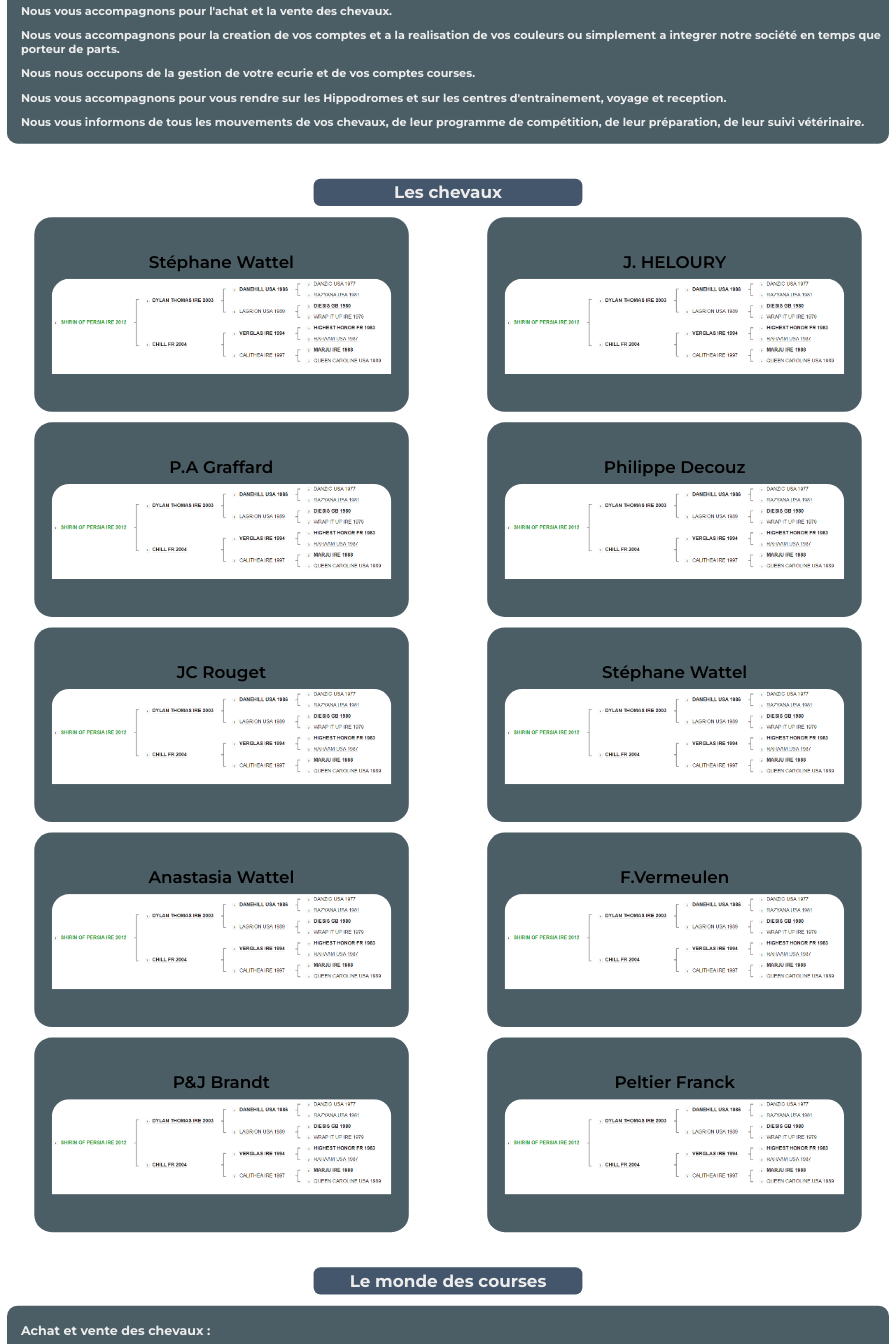
Repository: Vanitti/Site-web
Page: index.html
The author's editor kept a copy of each file at every save. The page is drawn from the files as they stood at one save, then again after the next save.
The browser window is 1280 px wide. The pictures show the part of the page from y = 775 to 2695 px (the page is 4055 px tall), at 70% of full size.
Some web libraries are served in a nearby version.

Above is the page before, as saved 2023-06-24 15:15:55.
Not found: app.js

### index.html
<!DOCTYPE html>
<html lang="fr">
<head>
    <meta charset="UTF-8">
    <meta name="viewport" content="width=device-width, initial-scale=1.0">
    <title>F&F Horses</title>
    <link rel="icon" href="images/couleur-t.png">
    <link rel="stylesheet" href="index.css">
    <script src="app.js"></script>
    <script src="https://cdnjs.cloudflare.com/ajax/libs/font-awesome/5.12.0-2/js/all.min.js"></script>
</head>
<body>
    <header class="header">
        <img src="images/couleur-t.png" alt="Logo du site">
        <nav class="nav">
            <li><a href="#accueil" class="transition">Accueil</a></li>
            <li><a href="#services" class="transition">Nos services</a></li>
            <li><a href="#chevaux" class="transition">Nos chevaux</a></li>
            <li><a href="#courses" class="transition">Le monde des courses</a></li>
            <li><a href="#histoire" class="transition">Histoire</a></li>
            <li><a href="#contact" class="transition">Contact</a></li>
            <li><a href="login.html">Se connecter</a></li>
        </nav>
    </header>

    <section  id="accueil">
        <div class="landing-page">
          <video class="video-container" id="background-video" autoplay loop muted><source src="images/video/F&F horses.mp4" type="video/mp4" ></video>
          <h1 class="big-title">F&F Horses</h1>
        </div>
    </section>


<!-- Nos services-->
<h1 id="services" class="section-title" >Nos services</h1>

<div class="s">
<h2 class="section-sous">Conseils et accompagnement :</h2>
<h3 class="texte">Nous sommes à votres disposition pour faire une sélection des chevaux, en fonction de vos envies et de votre budget.</h3>
<h3 class="texte">Nous vous accompagnons pour l'achat et la vente des chevaux.</h3>
<h3 class="texte">Nous vous accompagnons pour la creation de vos comptes et a la realisation de vos couleurs ou simplement a integrer notre société en temps que porteur de parts.</h3>
<h3 class="texte">Nous nous occupons de la gestion de votre ecurie et de vos comptes courses.</h3>
<h3 class="texte">Nous vous accompagnons pour vous rendre sur les Hippodromes et sur les centres d'entrainement, voyage et reception.</h3>
<h3 class="texte">Nous vous informons de tous les mouvements de vos chevaux, de leur programme de compétition, de leur préparation, de leur suivi vétérinaire.</h3>
</div>

<!-- Nos chevaux -->
<h1 id="chevaux" class="section-title" >Les chevaux</h1>

<div class="entraineur">
    <div ><h3 >Stéphane Wattel</h3><img class="cheval" src="images/chevaux/1.png"></div>
    <div ><h3 >J. HELOURY</h3><img class="cheval" src="images/chevaux/1.png"></div>
    <div ><h3 >P.A Graffard</h3><img class="cheval" src="images/chevaux/1.png"></div>
    <div ><h3 >Philippe Decouz</h3><img class="cheval" src="images/chevaux/1.png"></div>
    <div ><h3 >JC Rouget</h3><img class="cheval" src="images/chevaux/1.png"></div>
    <div ><h3 >Stéphane Wattel</h3><img class="cheval" src="images/chevaux/1.png"></div>
    <div ><h3 >Anastasia Wattel</h3><img class="cheval" src="images/chevaux/1.png"></div>
    <div ><h3 >F.Vermeulen</h3><img class="cheval" src="images/chevaux/1.png"></div>
    <div ><h3 >P&J Brandt</h3><img class="cheval" src="images/chevaux/1.png"></div>
    <div ><h3 >Peltier Franck</h3><img class="cheval" src="images/chevaux/1.png"></div>
</div>

<!-- Le monde des courses -->
<h1 id="courses" class="section-title" >Le monde des courses</h1>

<div class="c">
<h2 class="section-sous">Achat et vente des chevaux :</h2>
<h3 class="texte">A l'elevage, a l'amiable a l'entrainement, aux ventes aux enchères, pendant les courses dites a reclamer.</h3>
<h3 class="texte">Il est possible d'acquérir qu'un pourcentage sur un cheval, ce qui permet de minimiser les risques et d'avoir une écurie plus grande en nombre de chevaux.</h3>
<h3 class="texte">1 ou 4 chevaux à 25%.</h3>
</div>

<div class="c">
<h2 class="section-sous">Prix des chevaux :</h2>
<h3 class="texte">Il est difficle de donner un prix moyen, la valeur d'un cheval peut aller de quelques milliers d'euro a plusieurs millions. Raisonnablement, un cheval d'une valeur de 50 à 100 000 euro peut faire de belles courses. En principe plus la valeur du cheval est grande, plus il est susceptible de courir des courses de renom, les gains étant en rapport.</h3>
<h3 class="texte">En Un trotteur peut courir a partir de 2ans jusqu'a 10ans. Il doit atteindre un minimal chronometrique ( de 2 à 5ans) pour avoir le droit de courir sur un Hippodrome (environ 20 sur 2000 metres).</h3>
<h3 class="texte">Un pur-sang peut courir à partir de 2 ans pour les courses de plat et 3ans pour les courses d'obstacles, jusqu'a 6ans, la meilleure performance étant à 4ans.</h3>
<h3 class="texte">C'est l'entraineur qui décide a quelle course doit participer le cheval (en fonction de nombreux critères : age, sexe, distance, type de sol, concurrence, carriere du cheval...).</h3>
</div>

<div class="c">
<h2 class="section-sous">Gestion des courses :</h2>
<h3 class="texte">Les courses sont en réparties en 2 catégories :</h3>
<h3 class="texte">-Le trot, géré par le trotteur francais</h3>
<h3 class="texte">-Le galop et l'obstacle gérés par France Galop</h3>
<h3 class="texte">L'ensemble sous la tutelle du PMU. Les propriétaires peuvent étre en nom propre ou avoir des parts dans une société. Une demande doit etre faite aupres de la police judiciaire pour avoir droit au statut de "Propriétaire".</h3>
</div>

<div class="c">
<h2 class="section-sous">Fonctionnement :</h2>
<h3 class="texte">Un ecurie de chevaux de courses, c'est comme une équipe de Football, il faut des jeunes pour construire l'avenir et des chevaux d'age pour avoir des partants sur les hippodromes. Il faut tenir compte des blessures qui peuvent avoir de l'incidence dans l'organisation de l'ecurie, les chevaux de course étant des athletes a part entiere.</h3>
<h3 class="texte">-Le choix de la discipline est tres importante mais une ecurie peut avoir des chevaux dans les trois spécialités.</h3>
<h3 class="texte">Pour ma part, je trouve que le steeple-chase ainsi que les courses de haies sont trops dangereuses pour les chevaux où de nombreuses chutes sont fréquentes.</h3>
<h3 class="texte">-Les entraineurs peuvent etre choisi independamment par le cheval (ce qui n'est pas le cas dans une équipe de foot...), mais il est préferable de regrouper quelques chevaux chez un meme entraineur, ce qui facilite la communication ainsi que les visites des chevaux à l'entrainement.</h3>
</div>

<!-- Histoire -->
<h1 id="histoire" class="section-title" >Notre histoire</h1>

<div class="h">
<h3 class="texte">Dans le milieu du cheval depuis plus de 50 ans, Frederic Vanotti a été actif dans le monde des chevaux de course par le biais de son pere passionné egalement, propriétaire de nombreux gagnants et également élveur de pur-sang.</h3>
<h3 class="texte">Un rencontre en 2014 à provoqué la creation de la société F&F Horses. Un éleveur Normand de grande réputation a proposé des parts sur 2 poulains qui galopaient dans les prés.</h3>
<h3 class="texte">De retour en region Rhone-Alpes, un ami prit part a l'aventure afin de permettre a F&F Horses de voir le jou !.</h3>
<h3 class="texte">Depuis, de nombreux chevaux ont porté les couleurs de F&F Horses et l'entente avec le Haras Normand perdure toujours.</h3>
</div>

<!-- Footer -->

<footer id="contact" class="footer">
  <p class="HG">&copy; 2023 - F&F horses</p>
  <p class="HG"><a href="tel:+33 6 09 69 26 37">+33 6 09 69 26 37</a></p>
  <p class="HG"><a href="mailto:ffhorses01@gmail.com">ffhorses01@gmail.com</a></p>
  <p class="HG"><a href="Formulaire de contact.html">Formulaire de contact</a></p>
  <p class="HG">560 route de Maillat, 01430 Peyriat, France</p>
</footer>



<script src="app.js"></script>
</body>
</html>

### index.css
@import url('https://fonts.googleapis.com/css2?family=Montserrat:wght@100;200;300;400;500;600;700;800;900&display=swap');
@import url('https://fonts.googleapis.com/css2?family=Abril+Fatface&display=swap');
@import url('https://fonts.googleapis.com/css2?family=Roboto:wght@300&display=swap');

html {
  scroll-behavior: smooth;
}

body {
  margin: 0;
  padding: 0;
  font-family: 'Montserrat', sans-serif;
}

header {
  display: flex;
  align-items: center;
}

.scroll-down {
  color: white;
  text-decoration: none;
  position: absolute;
  bottom: 0;
}

/* Typographie */
.section-title {
    background-color: #f0ebeb;
    border-radius: 10px;
    font-size: 24px;
    font-weight: bold;
    color: #ececec;
    text-align: center;
    background-color: #44566c;
    color: #ececec;
    margin-left: 35%;
    margin-right: 35%;
    margin-top: 50px;
    padding: 5px;
  }

  .section-sous {
    font-size: 18px;
    font-weight: bold;
    color: #ececec;
    margin-top: 20px;
    margin-left: 15px;
  }

  .texte {
    font-size: 16px;
    color: #ececec;
    margin-top: 10px;
    margin-left: 15px;
  }


/* Navigation */
nav.nav {
  z-index: 7;
  top: 10px;
  position: fixed;
  display: flex;
  list-style: none;
  justify-content: center;
  align-items: center;
  line-height: 30px;
  transition: all 0.3s ease;
  white-space: nowrap; /* Ajout de la propriété pour empêcher le retour à la ligne */
  background-color: #201b22;
  opacity: 0.75;
  padding: 15px;
  left: 150px;
  right: 15px;
  border-radius: 15px;
  justify-content: space-between;
}

nav.nav li a {
  justify-content: space-between;
  text-decoration: none;
  font-weight: 600;
  transition: all 0.3s ease;
  color: #ececec;
  font-size: 20px;
  margin: 0; /* Supprimer les marges horizontales des liens */
}

nav.nav li a:hover {
  color: #4b5e65; /* Changement de couleur au survol */
  background-color: #ececec; /* Changement de couleur d'arrière-plan au survol */
  border-radius: 5px;
  padding: 5px;
}

/* Accueil */
header img {
  width: 150px;
  height: 150px;
  top: 0;
  left: 0;
  position: absolute;
}

.top-page {
  background: url('images/galoubet1.jpg');
  background-size: cover;
  height: 80vh;
  padding: 25px;
  z-index: -2;
}

#background-video {
  width: 100%;
  height: 80vh;
  object-fit: cover;
  background-size: cover;
  height: 80vh;
  z-index: -2;
  position: relative;
}

.big-title {
    color: #f1f1f1;
    font-size: 140px;
    font-family: 'Abril Fatface', cursive;
    font-weight: 100;
    text-shadow: 2px 2px 4px rgba(0, 0, 0, 0.5);
    position: absolute;
    top: 0;
    transform: translate(50%, 50%);
  }

/* Nos chevaux */
#chevaux {
    font-size: 24px;
    font-weight: bold;
    text-align: center;
    margin-top: 50px;
  }

  .entraineur {
    display: grid;
    grid-template-columns: 1fr 1fr;
    grid-gap: 15px;
    justify-items: center;
    align-items: center;
    margin-top: 15px;
  }

  .entraineur div {
    text-align: center;
    background-color: #4b5e65;
    padding: 25px;
    border-radius: 25px;
  }

  .entraineur img {
    border-radius: 25px;
    max-width: 100%;
    height: auto;
    padding-bottom: 25px;
  }

  .entraineur h3 {
    font-size: 24px;
    font-weight: 600;
    margin-bottom: 10px;
  }

/* div */
.c {
    background-color: #4b5e65;
    margin: 10px;
    border-radius: 15px;
    padding: 5px;
}

.s {
    background-color:#4b5e65;
    margin: 10px;
    border-radius: 15px;
    padding: 5px;
}

.h {
    background-color: #4b5e65;
    margin: 10px;
    border-radius: 15px;
    padding: 5px;
}

/* footer */
footer {
    margin-top: 30px ;
    display: flex;
    justify-content: center;
    align-items: center;
    flex-wrap: wrap;
    padding: 15px;
    background-color: #313131;
  }

  footer p {
    margin: 0 10px;
    color: #f1f1f1;
  }

  .HG a {
    color: #f1f1f1;
    text-decoration: none;
  }

  .HG a:hover {
    color: white;
    font-weight: bold;
    transition: 0.3s;
  }

After the next save:
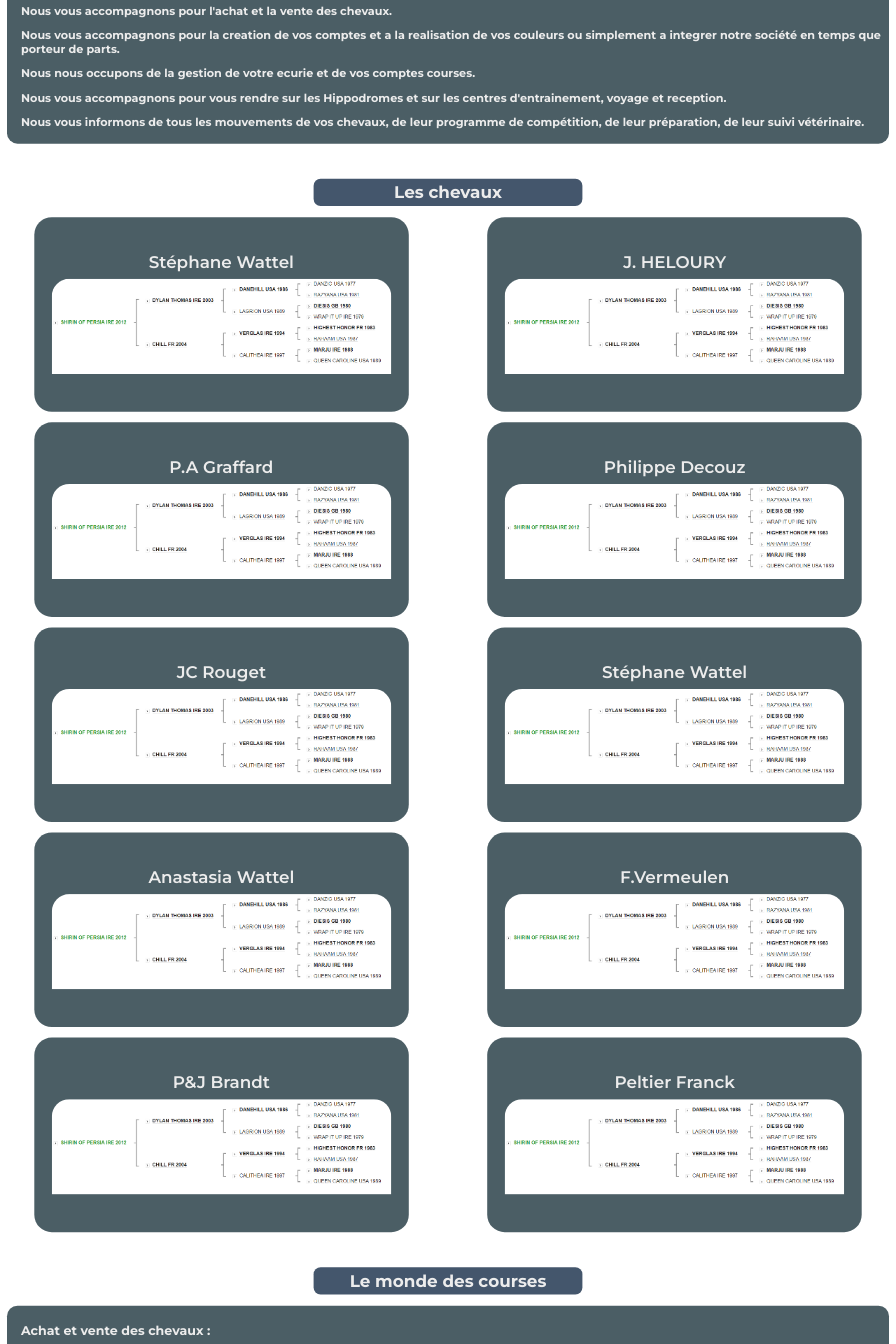
Saved 36 s later.
--- a/index.css
+++ b/index.css
@@ -167,6 +167,7 @@ header img {
     font-size: 24px;
     font-weight: 600;
     margin-bottom: 10px;
+    color: #ececec;
   }
 
 /* div */
